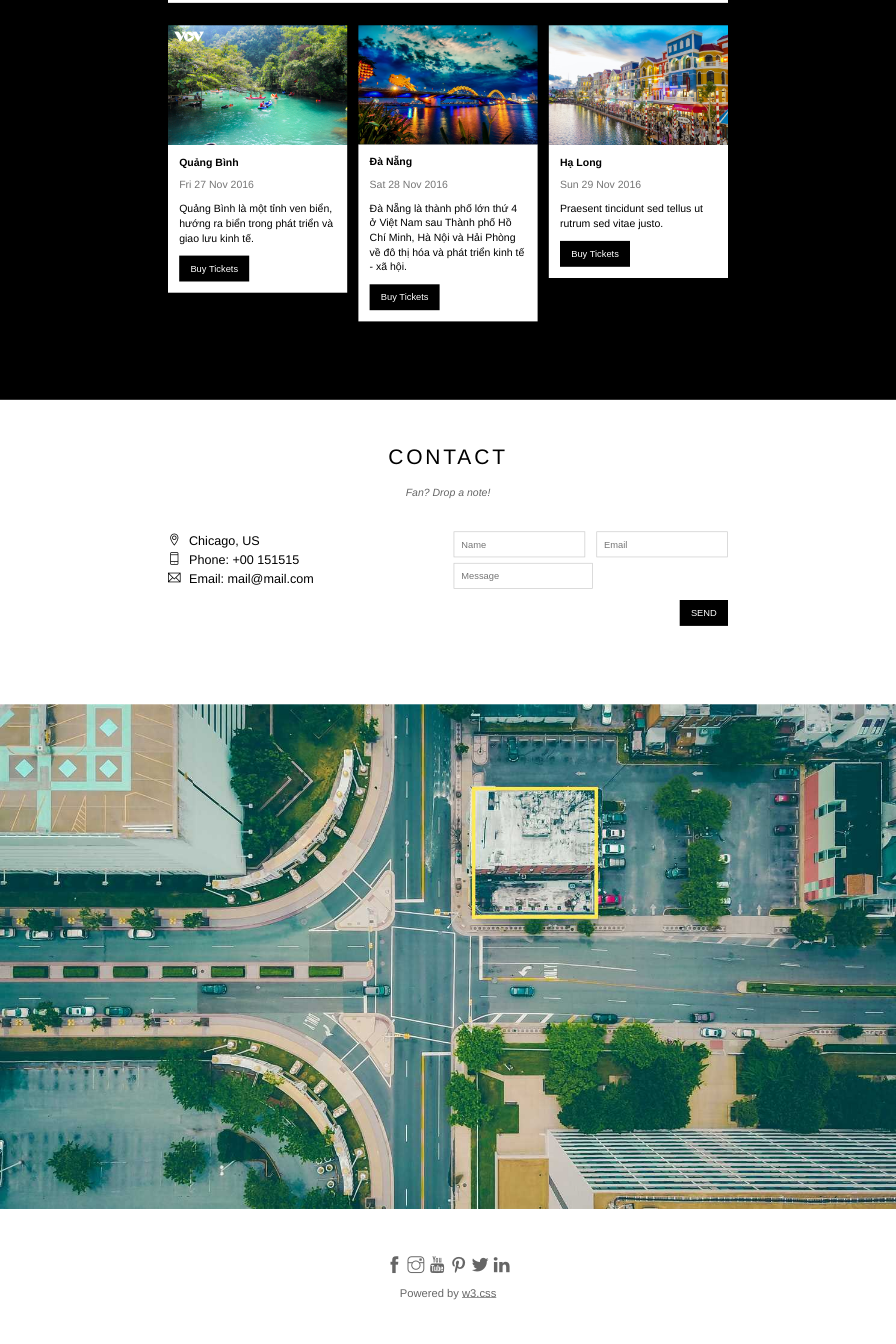
Repository: vophuocthanh/phuocthanhk03
Page: index.html
An editor plug-in stored every save of this project. The page is shown before and after the next save, followed by the edit.
The browser window is 1280 px wide. The pictures show the part of the page from y = 1623 to 3543 px (the page is 3543 px tall before and 3480 px after), at 70% of full size.

Above is the page before, as saved 2022-03-29 22:12:48.

### index.html
<!DOCTYPE html>
<html lang="en">

<head>
    <meta charset="UTF-8" />
    <meta http-equiv="X-UA-Compatible" content="IE=edge" />
    <meta name="viewport" content="width=device-width, initial-scale=1.0" />
    <title>THE BAND</title>
    <link rel="stylesheet" href="./asset/css/style.css" />
    <link rel="stylesheet" href="/asset/icon/themify-icons/themify-icons.css">
</head>

<body>
    <div id="main">
        <div id="header">
            <!-- Begin : nav -->
            <ul id="nav">
                <li><a href="">Home<a></li>
                <li><a href="">Band</a></li>
                <li><a href="">Tour</a></li>
                <li><a href="">Contact</a></li>
                <li>
                    <a href="">
                        More
                        <i class="nav-arrow-down ti-angle-down"></i>
                    </a>
                    <ul class="subnav">
                        <li><a href="">Merchandise</a></li>
                        <li><a href="">Extras</a></li>
                        <li><a href="">Media</a></li>
                    </ul>
                </li>
            </ul>
            <!-- End: nav -->

            <!-- Begin: Search -->
            <div class="search-btn">
                <i class="search-icon ti-search"></i>
            </div>
            <!-- End: Search -->
        </div>

        <div id="slider">
            <div class="text-content">
                <h2 class="text-heading">New York</h2>
                <div class="text-description">Bầu không khí ở New York là lorem ipsum.</div>
            </div>
        </div>

        <div id="content">
            <!-- About section -->
            <div class="content-section">
                <h2 class="section-heading">THE BAND</h2>
                <p class="section-sub-heading">Chúng tôi yêu âm nhạc</p>
                <p class="about-text">We have created a fictional band website. Lorem ipsum dolor sit amet, consectetur adipiscing elit, sed do eiusmod tempor incididunt ut labore et dolore magna aliqua. Ut enim ad minim veniam, quis nostrud exercitation ullamco laboris nisi
                    ut aliquip ex ea commodo consequat. Duis aute irure dolor in reprehenderit in voluptate velit esse cillum dolore eu fugiat nulla pariatur. Excepteur sint occaecat cupidatat non proident, sunt in culpa qui officia deserunt mollit anim
                    id est laborum consectetur adipiscing elit, sed do eiusmod tempor incididunt ut labore et dolore magna aliqua. Ut enim ad minim veniam, quis nostrud exercitation ullamco laboris nisi ut aliquip ex ea commodo consequat.</p>

                <div class="row members-list">
                    <div class="col col-third text-content">
                        <p class="member-name">Name</p>
                        <img src="./asset/img/band/member1.jpg" alt="Name" class="member-img">
                    </div>

                    <div class="col col-third text-content">
                        <p class="member-name">Name</p>
                        <img src="./asset/img/band/member1.jpg" alt="Name" class="member-img">
                    </div>

                    <div class="col col-third text-content">
                        <p class="member-name">Name</p>
                        <img src="./asset/img/band/member1.jpg" alt="Name" class="member-img">
                    </div>
                    <div class="clear"></div>
                </div>
            </div>




            <!-- Tour section -->
            <div class="tour-section">
                <div class="content-section">
                    <h2 class="section-heading
                    text-white">TOUR DATES</h2>
                    <p class="section-sub-heading text-white">Hãy nhớ đặt vé của bạn!</p>

                    <!-- ticket -->

                    <ul class="ticket-list">
                        <li>September <span class="sold-out">Sold out</span></li>
                        <li>Octoberr <span class="sold-out">Sold out</span></li>
                        <li>November <span class="quantily">3</span></li>
                    </ul>

                    <!-- Places -->
                    <div class="row place-list">
                        <div class="col col-third">
                            <img src="./asset/img/places/place13.jpg" alt="New York" class="place-img">
                            <div class="place-body">
                                <h3 class="place-heading">Quảng Bình</h3>
                                <p class="place-time">Fri 27 Nov 2016</p>
                                <p class="place-desc">Quảng Bình là một tỉnh ven biển, hướng ra biển trong phát triển và giao lưu kinh tế.</p>
                                <button class="btn s-full-width js-buy-ticket">Buy Tickets</button>
                            </div>
                        </div>
                        <div class="col col-third">
                            <img src="./asset/img/places/place5.jpg" alt="New York" class="place-img">
                            <div class="place-body">
                                <h3 class="place-heading">Đà Nẵng</h3>
                                <p class="place-time">Sat 28 Nov 2016</p>
                                <p class="place-desc">Đà Nẵng là thành phố lớn thứ 4 ở Việt Nam sau Thành phố Hồ Chí Minh, Hà Nội và Hải Phòng về đô thị hóa và phát triển kinh tế - xã hội.</p>
                                <button class="btn s-full-width js-buy-ticket">Buy Tickets</button>
                            </div>
                        </div>
                        <div class="col col-third">
                            <img src="./asset/img/places/place8.jpg" alt="New York" class="place-img">
                            <div class="place-body">
                                <h3 class="place-heading">Hạ Long</h3>
                                <p class="place-time">Sun 29 Nov 2016</p>
                                <p class="place-desc">Praesent tincidunt sed tellus ut rutrum sed vitae justo.</p>
                                <button class="btn s-full-width js-buy-ticket">Buy Tickets</button>
                            </div>
                        </div>

                    </div>
                </div>

            </div>
            <!--Begin: Contact section -->
            <div class="content-section">
                <h2 class="section-heading">CONTACT</h2>
                <p class="section-sub-heading">Fan? Drop a note!</p>
                <div class="row contact-content">
                    <div class="col col-half
                    contact-info">
                        <p><i class="ti-location-pin"></i>Chicago, US</p>
                        <p><i class="ti-mobile"></i>Phone: +00 151515</p>
                        <p><i class="ti-email"></i>Email: mail@mail.com</p>
                    </div>
                    <div class="col col-half contact-form">
                        <form action="">
                            <div class="row">
                                <div class="col col-half">
                                    <input type="text" name="" placeholder="Name" required id="" class="form-control">
                                </div>
                                <div class="col col-half">
                                    <input type="email" name="" placeholder="Email" required id="" class="form-control">
                                </div>
                            </div>
                            <div class="row mt-8">
                                <div class="col col-full">
                                    <input type="text" name="" placeholder="Message" required id="" class="form-control">
                                </div>
                            </div>

                            <input class="btn pull-right mt-16" type="submit" value="SEND">

                        </form>
                    </div>
                </div>
            </div>
            <!--End: Contact section -->

            <div class="map-section">
                <img src="./asset/img/map.jpg" alt="Map">
            </div>


            <!-- Footer -->
            <div id="footer">
                <div class="socials-list">
                    <a href="https://www.facebook.com/thanh.vophuoc.50"><i class="ti-facebook"></i></a>
                    <a href="https://www.instagram.com/phuocthanh2k03/"><i class="ti-instagram"></i></a>
                    <a href="https://www.youtube.com/channel/UCv4FMOEpSPblAIC55uEvW2w"><i class="ti-youtube"></i></a>
                    <a href=""><i class="ti-pinterest"></i></a>
                    <a href=""><i class="ti-twitter-alt"></i></a>
                    <a href=""><i class="ti-linkedin"></i></a>
                </div>
                <p class="copyright">Powered by
                    <a href="">w3.css</a>
                </p>
            </div>

        </div>

        <div class="modal js-modal">
            <div class="modal-container js-modal-container">
                <div class="modal-close js-modal-close">
                    <i class="ti-close"></i>
                </div>


                <header class="modal-header">
                    <i class="modal-heading-icon ti-bag"></i> Tickets
                </header>

                <div class="modal-body">
                    <label for="ticket-quantity" class="modal-label">
                        <i class="ti-shopping-cart"></i>
                        Tickets, $15 per person
                    </label>
                    <input id="ticket-quantity" type="text" class="modal-input" placeholder="How many?">

                    <label for="ticket-email" class="modal-label">
                        <i class="ti-user"></i>
                        Send to
                    </label>
                    <input id="ticket-email" type="email" class="modal-input" placeholder="Enter email...">


                    <button id="buy-tickets">
                        Pay <i class="ti-check"></i>
                    </button>
                </div>


                <footer class="modal-footer">
                    <p class="modal-help">Need <a href="">help?</a></p>
                </footer>
            </div>
        </div>


        <script>
            const buyBtns = document.querySelectorAll('.js-buy-ticket')

            const modal = document.querySelector('.js-modal')
            const modalContainer = document.querySelector('.js-modal-container')
            const modalclose = document.querySelector('.js-modal-close')


            // hàm hiển thị modal mua vé (thêm class vào open vào modal)
            function showBuytickets() {
                modal.classList.add('open')
            }
            // hàm ẩn modal mua vé (gỡ bỏ class vào open của modal)
            function hideBuytickets() {
                modal.classList.remove('open')
            }
            //lặp qua từng thẻ button và nghe hành vi click
            for (const buyBtn of buyBtns) {
                buyBtn.addEventListener('click', showBuytickets)
            }
            // nghe hành vi click vào button close
            modalclose.addEventListener('click', hideBuytickets)

            modal.addEventListener('click', hideBuytickets)

            modalContainer.addEventListener('click', function(event) {
                event.stopPropagation()
            })
        </script>

</body>

</html>

### asset/css/style.css
/*Reset*/

* {
    padding: 0;
    margin: 0;
    box-sizing: border-box;
}

html {
    font-family: Helvetica, Arial, sans-serif;
}


/*
 1. Từ ngoài vào trong
 2. Trên xuống dưới
 3. Từ tổng quan đến chi tiết

*/


/*
1. Vị Trí
2. Màu Sắc
3. Kích Thước
4.Kiểu Dáng */

.clear {
    clear: both;
}

.text-white {
    color: #fff !important;
}

.text-center {
    text-align: center !important;
}

.pull-right {
    float: right !important;
}

.btn {
    background-color: #000;
    color: #fff;
    text-decoration: none;
    padding: 11px 16px;
    display: inline-block;
    margin-top: 15px;
    border: none;
}

.btn:hover {
    color: #000;
    background-color: #ccc;
    cursor: pointer;
}

.row {
    margin-left: -8px;
    margin-right: -8px;
}

.row::after {
    content: " ";
    display: block;
    clear: both;
}

.col {
    float: left;
    padding-left: 8px;
    padding-right: 8px;
}

.col-half {
    width: 50%;
}

.col-third {
    width: 33.3333%;
}

.mt-8 {
    margin-top: 8px !important;
}

.mt-16 {
    margin-top: 16px !important;
}

#main {}

#header {
    height: 46px;
    background-color: #000;
    position: fixed;
    top: 0;
    left: 0;
    right: 0;
    z-index: 1;
}

#nav {
    display: inline-block;
}

.subnav {
    list-style-type: none;
}

#nav>li {
    display: inline-block;
}

#nav li {
    position: relative;
}

#nav>li>a {
    color: #fff;
    text-transform: uppercase;
}

#nav li a {
    color: #fff;
    text-decoration: none;
    line-height: 46px;
    padding: 0 24px;
    display: block;
}

#nav li:hover .subnav {
    display: block;
}

#nav>li:hover>a,
#nav .subnav li:hover {
    color: #000;
    background-color: #ccc;
}

#nav .subnav {
    display: none;
    position: absolute;
    top: 100%;
    left: 0;
    min-width: 160px;
    background-color: #fff;
    box-shadow: 0 0 10px rgba(0, 0, 0, 0.3);
}

#nav .subnav a {
    color: #000;
    padding: 0 12px;
}

#nav .nav-arrow-down {
    font-size: 14px;
}

#header .search-btn {
    float: right;
    padding: 0 21px;
    cursor: pointer;
}

#header .search-btn:hover {
    background-color: #f44336;
}

#header .search-icon {
    color: #fff;
    font-size: 20px;
    line-height: 46px;
}

#slider {
    position: relative;
    margin-top: 46px;
    padding-top: 50%;
    background: url("/asset/img/slider/slider2.jpg") top center / cover no-repeat;
}

#slider .text-content {
    position: absolute;
    bottom: 47px;
    color: #fff;
    left: 50%;
    transform: translate(-50%);
    text-align: center;
}

#slider .text-headin {
    font-weight: 500;
    font-size: 24px;
}

#slider .text-description {
    font-size: 15px;
    margin-top: 25px;
}

#content {}

#content .content-section {
    width: 800px;
    padding: 64px 0 112px;
    margin-left: auto;
    margin-right: auto;
}

#content .section-heading {
    font-size: 30px;
    font-weight: 500;
    text-align: center;
    letter-spacing: 4px;
}

#content .section-sub-heading {
    font-size: 15px;
    text-align: center;
    margin-top: 25px;
    font-style: italic;
    opacity: 0.6;
}

#content .about-text {
    font-size: 15px;
    margin-top: 25px;
    text-align: justify;
    line-height: 1.4;
}

#content .members-list {
    margin-top: 48px;
}

#content .member-name {
    font-size: 15px;
}

#content .member-img {
    width: 154px;
    margin-top: 15px;
    border-radius: 4%;
}


/* Tour-section */

.tour-section {
    background-color: #000;
}

.ticket-list {
    background-color: #fff;
    list-style: none;
    margin-top: 40px;
}

.ticket-list li {
    color: #757575;
    font-size: 15px;
    padding: 11px 16px;
    border-bottom: 1px solid #ddd;
}

.ticket-list .sold-out {
    background-color: #f44336;
    color: #fff;
    padding: 3px 4px;
    margin-left: 16px;
}

.ticket-list .quantily {
    float: right;
    width: 24px;
    height: 24px;
    background-color: #000;
    color: #fff;
    border-radius: 50%;
    text-align: center;
    line-height: 24px;
    margin-top: -3px;
}


/* Places */

.place-list {
    margin-top: 32px;
}

.place-img {
    width: 100%;
    display: block;
}

.place-img:hover {
    opacity: 0.6;
}

.place-body {
    padding: 16px;
    font-size: 15px;
    background-color: #fff;
}

.place-heading {
    font-size: 15px;
    font-weight: 600;
}

.place-time {
    margin-top: 15px;
    color: #757575;
}

.place-desc {
    margin-top: 15px;
    line-height: 1.4;
}

.place-buy-btn {
    background-color: #000;
    color: #fff;
    text-decoration: none;
    padding: 11px 16px;
    display: inline-block;
    margin-top: 15px;
}

.place-buy-btn:hover {
    color: #000;
    background-color: #ccc;
}


/* Contact Form */

.contact-content {
    margin-top: 48px;
}

.contact-info {
    font-size: 18px;
    line-height: 1.5;
}

.contact-info i[class*="ti-"] {
    width: 30px;
    display: inline-block;
}

.contact-form {
    font-size: 15px;
}

.contact-form .form-control {
    padding: 10px;
    border: 1px solid #ccc;
    width: 100%;
}


/* Map section */

.map-section img {
    width: 100%;
}


/* Foote section */

#footer {
    padding: 64px 16px;
    text-align: center;
}

#footer .socials-list {
    font-size: 24px;
}

#footer .socials-list a {
    color: rgba(0, 0, 0, 0.6);
    text-decoration: none;
}

#footer .copyright a:hover,
#footer .socials-list a:hover {
    color: rgba(0, 0, 0, 0.4);
}

#footer .copyright {
    margin-top: 15px;
    color: rgba(0, 0, 0, 0.6);
}

#footer .copyright a {
    color: rgba(0, 0, 0, 0.6);
}


/* Modal */

.modal {
    position: fixed;
    top: 0;
    right: 0;
    bottom: 0;
    left: 0;
    background-color: rgba(0, 0, 0, 0.4);
    align-items: center;
    justify-content: center;
    display: none;
}

.modal-container {
    background-color: #fff;
    width: 900px;
    max-width: calc(100% - 32px);
    min-height: 200px;
    position: relative;
    animation: modalFaceIn ease 0.5s;
}

.modal-header {
    background-color: #009688;
    height: 129px;
    display: flex;
    align-items: center;
    justify-content: center;
    font-size: 30px;
    color: #fff;
}

.modal-heading-icon {
    margin-right: 16px;
}

.modal-close:hover {
    opacity: 1;
}

.modal-close {
    position: absolute;
    right: 0;
    top: 0;
    color: #fff;
    padding: 10px;
    cursor: pointer;
    opacity: 0.8;
}

.modal-body {
    padding: 16px;
}

.modal-label {
    display: block;
    font-size: 15px;
    margin-bottom: 12px;
}

.modal-input {
    border: 1px solid #ccc;
    width: 100%;
    padding: 10px;
    font-size: 15px;
    margin-bottom: 24px;
}

#buy-tickets {
    background: #009688;
    border: none;
    color: #fff;
    width: 100%;
    font-size: 15px;
    text-transform: uppercase;
    padding: 18px;
    cursor: pointer;
}

#buy-tickets:hover {
    opacity: 0.9;
}

.modal-footer {
    padding: 16px;
    text-align: right;
    color: #2196f3;
}

.modal-footer a {
    color: #2196f3;
}

@keyframes modalFaceIn {
    from {
        opacity: 0;
        transform: translateY(-140px);
    }
    to {
        opacity: 1;
        transform: translateY(0);
    }
}

Loaded but not shown: asset/icon/themify-icons/themify-icons.css (common file)

After the next save:
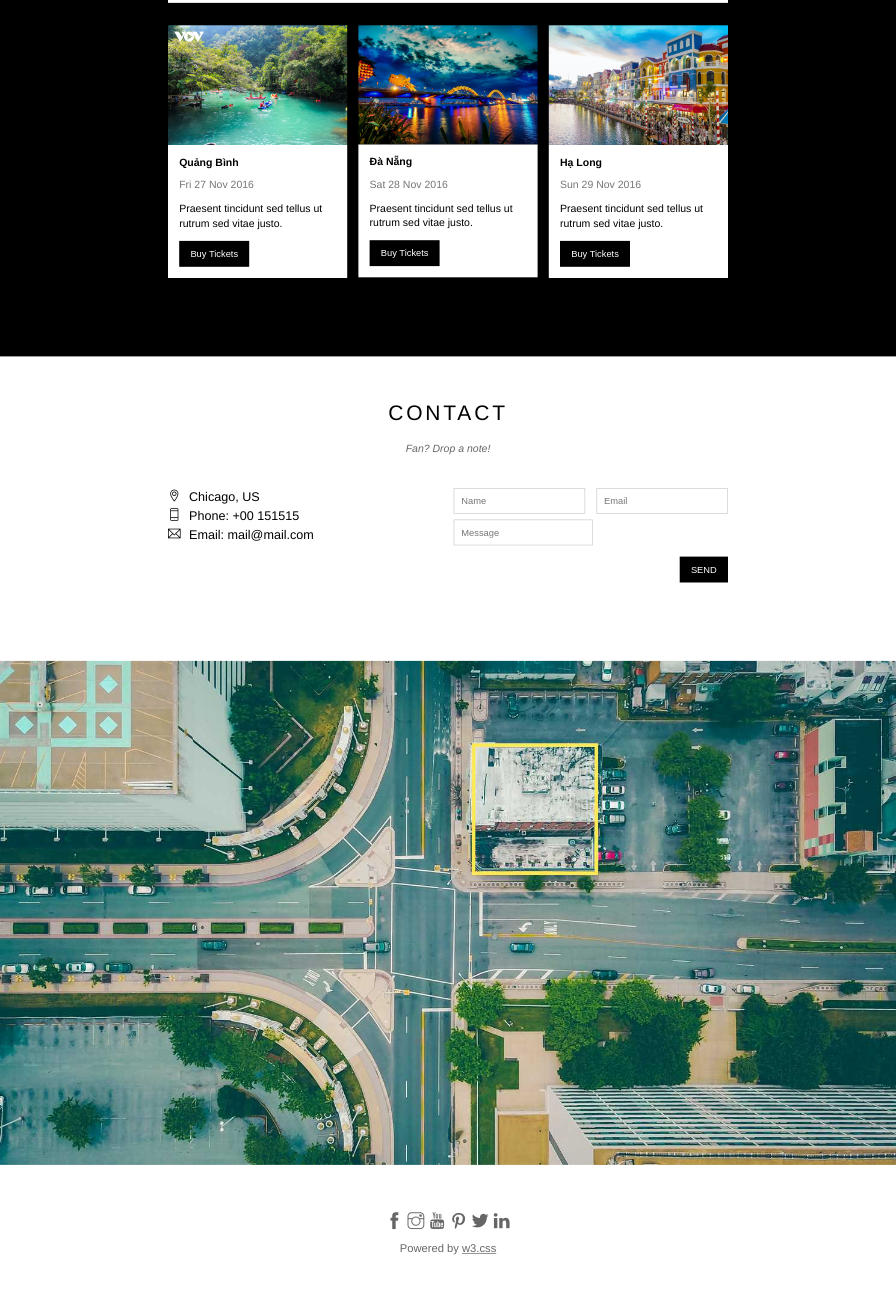
Saved 10 s later.
--- a/index.html
+++ b/index.html
@@ -100,7 +100,7 @@
                             <div class="place-body">
                                 <h3 class="place-heading">Quảng Bình</h3>
                                 <p class="place-time">Fri 27 Nov 2016</p>
-                                <p class="place-desc">Quảng Bình là một tỉnh ven biển, hướng ra biển trong phát triển và giao lưu kinh tế.</p>
+                                <p class="place-desc">Praesent tincidunt sed tellus ut rutrum sed vitae justo.</p>
                                 <button class="btn s-full-width js-buy-ticket">Buy Tickets</button>
                             </div>
                         </div>
@@ -109,7 +109,7 @@
                             <div class="place-body">
                                 <h3 class="place-heading">Đà Nẵng</h3>
                                 <p class="place-time">Sat 28 Nov 2016</p>
-                                <p class="place-desc">Đà Nẵng là thành phố lớn thứ 4 ở Việt Nam sau Thành phố Hồ Chí Minh, Hà Nội và Hải Phòng về đô thị hóa và phát triển kinh tế - xã hội.</p>
+                                <p class="place-desc">Praesent tincidunt sed tellus ut rutrum sed vitae justo.</p>
                                 <button class="btn s-full-width js-buy-ticket">Buy Tickets</button>
                             </div>
                         </div>
